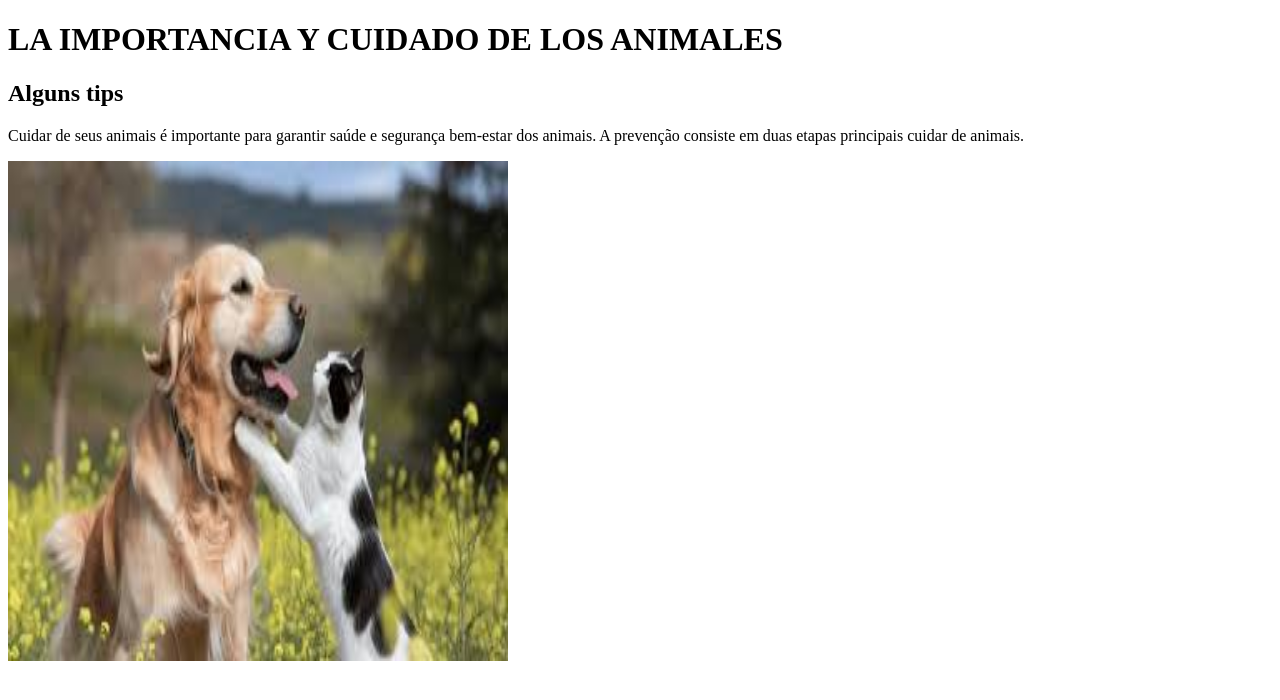
Repository: AnaFzCz/PROYECTOS-HTML---CSS2
Page: Ex_project_1/index.html
An editor plug-in stored every save of this project. The page is shown before and after the next save, followed by the edit.
The browser window is 1280 px wide. The pictures show the whole page.

Above is the page before, as saved 2025-01-20 06:48:26.

After the next save:
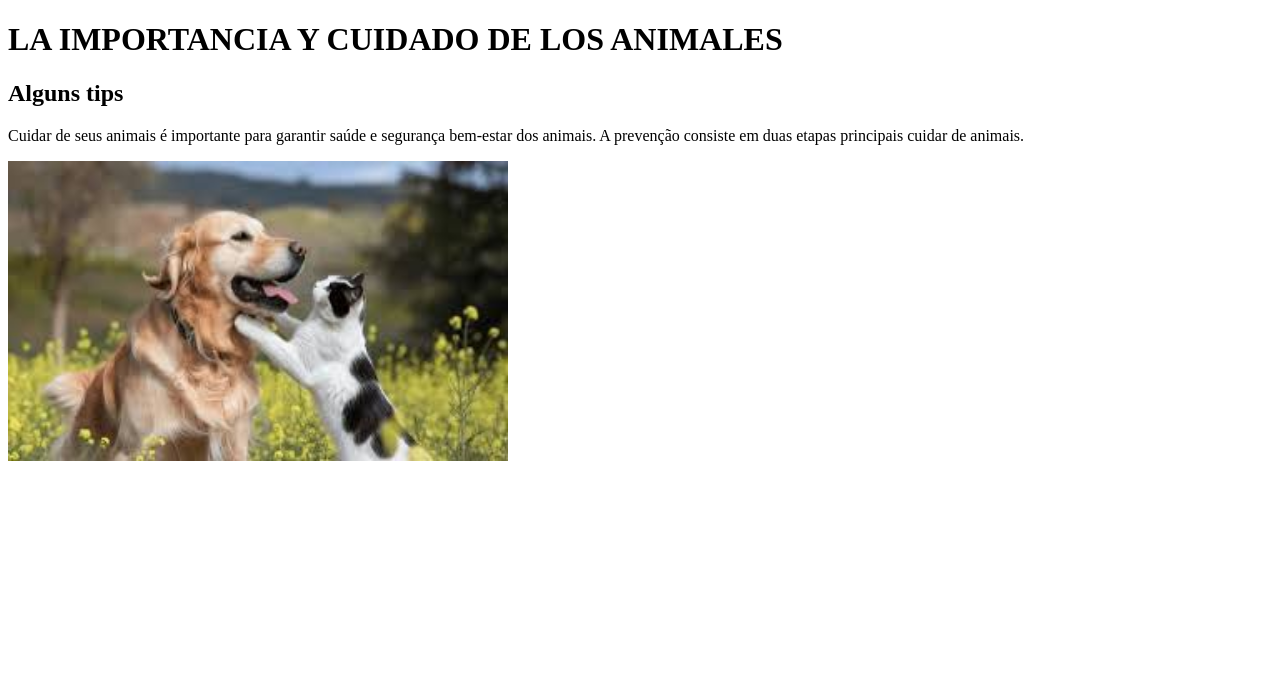
Saved 13 s later.
--- a/Ex_project_1/index.html
+++ b/Ex_project_1/index.html
@@ -7,5 +7,5 @@
     <h1>LA IMPORTANCIA Y CUIDADO DE LOS ANIMALES</h1>
     <h2>Alguns tips</h2>
     <p>Cuidar de seus animais é importante para garantir saúde e segurança bem-estar dos animais. A prevenção consiste em duas etapas principais cuidar de animais.</p>
-    <img src="animales.jpg" alt="animales" style="width:500px;height: 500px;">
+    <img src="animales.jpg" alt="animales" style="width:500px;height: 300px;">
 </body>
